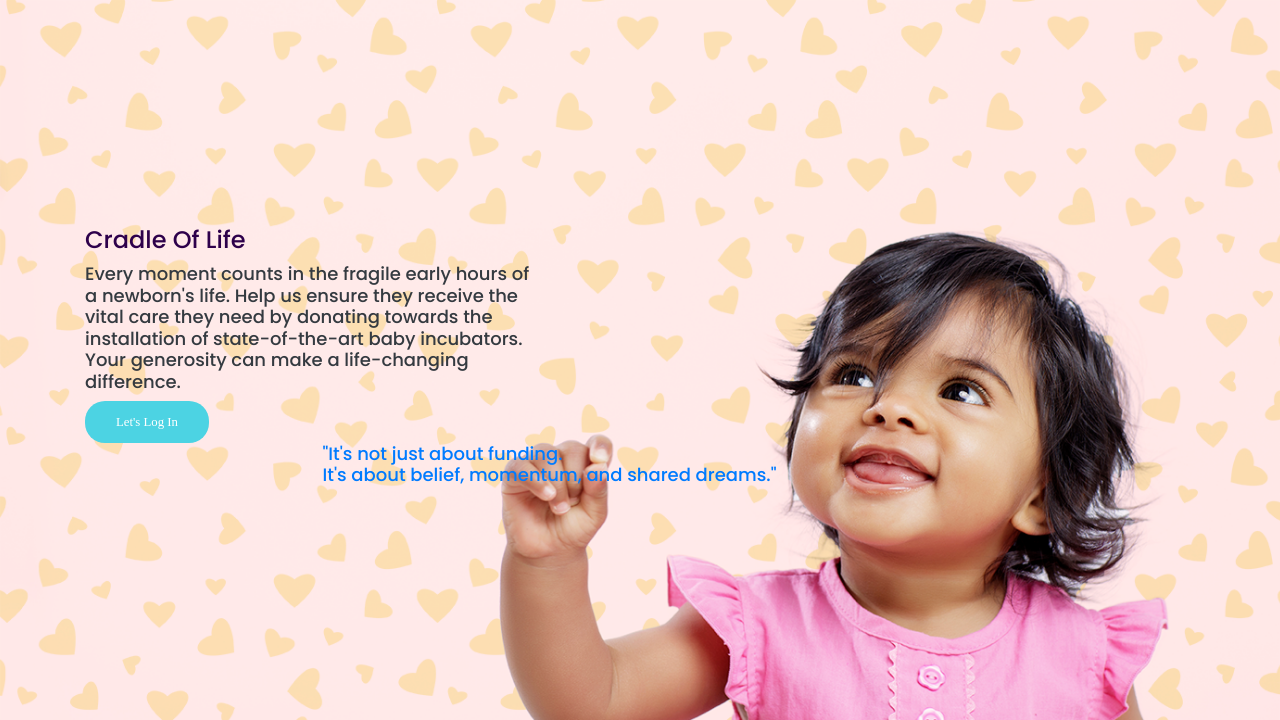
Repository: Adu065/Cradle-of-Life
Page: http://localhost/CradleOfLife/pages/login.jsp
The author's editor kept a copy of each file at every save. The page is drawn from the files as they stood at one save, then again after the next save.
The browser window is 1280 px wide. The pictures show the whole page.
Some web fonts or font styles are not loaded; a fallback is used. The page is served by Tomcat 9. Other server files are loaded and not shown.

Above is the page before, as saved 2023-08-24 13:58:58.

### CradleOfLife/WebContent/pages/login.jsp
<%@page import="com.helper.UserModel"%>
<%@ page language="java" contentType="text/html; charset=ISO-8859-1"
	pageEncoding="ISO-8859-1"%>
<!DOCTYPE html PUBLIC "-//W3C//DTD HTML 4.01 Transitional//EN" "http://www.w3.org/TR/html4/loose.dtd">
<html>
<head>
<%@include file="../tiles/inc.jsp"%>
</head>
<body>

	<%
		UserModel um = null;
		String role = "", name = "", uid = "";
		boolean isUser = false;
		boolean isAdmin = false;
		boolean isNGO = false;
		if (session.getAttribute("USER_MODEL") != null) {
			um = (UserModel) session.getAttribute("USER_MODEL");
			if (um.getRoleid().equalsIgnoreCase("2")) { // user
				role = "User";
				uid = um.getUserid();
				isUser = true;
			} else if (um.getRoleid().equalsIgnoreCase("1")) {
				role = "NGO";
				uid = um.getUserid();
				isNGO = true;
			} else if (um.getRoleid().equalsIgnoreCase("3")) {
				role = "Administrator";
				uid = um.getUserid();
				isAdmin = true;
			}

		}
	%>
	<div class="slider_area ">
		<div
			class="single_slider d-flex align-items-center justify-content-center slider_bg_1">
			<div class="container">
				<div class="row">
					<div class="col-xl-5 col-lg-6">
						<div class="single_about_info">
							<h3>
								Cradle Of Life
							</h3>
							<h4 class="text-dark">Every moment counts in the fragile early hours of a
								newborn's life. Help us ensure they receive the vital care they
								need by donating towards the installation of state-of-the-art
								baby incubators. Your generosity can make a life-changing
								difference.</h4>
								<a href="#form_login"
								class="login popup-with-form genric-btn success circle ">Let's
								Log In</a>
						</div>
					</div>
				</div>
				<div class="row align-items-center justify-content-center">
					<div class="col-xl-7 col-md-7">
						<div class="slider_info">


							<h4 class="text-primary ">
								"It's not just about funding. </br>It's about belief, momentum, and
								shared dreams."
							</h4>



						</div>
					</div>

					<!-- Sign in-->
					<form id="form_login" class="white-popup-block mfp-hide"
						action="javascript:fnSubmit();">
						<div class="popup_box ">
							<div class="popup_inner">
								<div class="logo text-center">
									<a href="#"> <img
										src="<%=request.getContextPath()%>/theme/img/logo.png" alt="">
									</a>
								</div>
								<h3>Sign in</h3>

								<div class="row">
									<div class="col-xl-12 col-md-12">
										<input type="text" name="username" id="username"
											placeholder="User Name">
									</div>
									<div class="col-xl-12 col-md-12">
										<input type="password" name="password" id="password"
											placeholder="Password">
									</div>
									<div class="col-xl-12">
										<button type="submit" class="boxed_btn_orange">Sign
											in</button>
									</div>
								</div>

								<p class="dont-hav-acc">
									Not Register? <a class="dont-hav-acc" href="#reg_form">Sign
										Up</a>
								</p>
							</div>
						</div>
					</form>
					<!-- form itself end -->

					<!--Registration form -->
					<form id="reg_form" class="white-popup-block mfp-hide"
						action="javascript:fnReg();">
						<div class="col-xl-12 col-md-12">
							<div class="popup_box">
								<div class="popup_inner">
									<h3>Registration</h3>

									<!-- Role Selection -->
									<div class="row">
										<div class="col-xl-12 col-md-12 mb-4">
											<h4 class="text-dark">Who are you?:</h4>
											<select id="roleid" name="roleid" onchange="fnData();">
												<option value="0">Select Role</option>
												<option value="1">NGO</option>
												<option value="2">Donator</option>
												<option value="3">Admin</option>
											</select>
										</div>
									</div>

									<!-- NGO Form Fields -->
									<div id="NGOForm" style="display: none;">
										<div class="col-xl-12 col-md-12">
											<input type="text" name="ngo" id="ngo"
												placeholder="Enter NGO Name">
										</div>
									</div>

									<!-- Common Fields for all roles -->

									<div class="col-xl-12 col-md-12">
										<input type="email" name="email" id="email"
											placeholder="Enter Email">
									</div>
									<div class="col-xl-12 col-md-12">
										<input type="text" name="address" id="address"
											placeholder="Enter Address">
									</div>
									<div class="col-xl-12 col-md-12">
										<input type="text" name="phoneno" id="phoneno"
											pattern="[0-9]{10}" title="Accepted 10 Digit Only"
											placeholder="Mobile Number" required="required">
									</div>
									<!-- User Form Fields -->
									<div id="UserForm" style="display: none;">
										<div class="col-xl-12 col-md-12">
											<input type="text" name="fname" id="fname"
												placeholder="Enter First Name">
										</div>
										<div class="col-xl-12 col-md-12">
											<input type="text" name="lname" id="lname"
												placeholder="Enter Last Name">
										</div>
										<div class="col-xl-12 col-md-12">
											<input type="text" name="pancardno" id="pancardno"
												pattern="^[A-Z]{5}\d{4}[A-Z]{1}$"
												title="Accepted 10 Digit Only"
												placeholder="Enter PAN card No.">
										</div>
									</div>

									<!-- Admin Form Fields -->
									<div id="AdminForm" style="display: none;">
										<div class="col-xl-12 col-md-12">
											<input type="text" name="name" id="adminname"
												placeholder="Enter Name">
										</div>
									</div>

									<!-- Common Fields for username and password -->
									<div class="col-xl-12 col-md-12">
										<input type="text" name="username" id="username"
											placeholder="Enter Username">
									</div>
									<div class="col-xl-12 col-md-12">
										<input type="password" name="password" id="password"
											placeholder="Password">
									</div>
									<div class="col-xl-12 col-md-12">
										<input type="password" name="cpassword" id="cpassword"
											placeholder="Confirm password"> <span
											class="font-weight-bold text-center" id='message'></span>
									</div>
									<div class="col-xl-12 d-flex justify-content-center">
										<button type="submit" class="boxed_btn_orange">Sign
											Up</button>
									</div>
								</div>
							</div>
						</div>
					</form>

					<!-- form itself end -->

				</div>
			</div>
		</div>
	</div>
	<%@include file="../tiles/footer_inc.jsp"%>
</body>
<script type="text/javascript">
$('#password, #cpassword').on('keyup', function () {
	  if ($('#password').val() == $('#cpassword').val()) {
	    $('#message').html('Matching').css('color', 'cyan');
	  } else
	    $('#message').html('Not Matching').css('color', 'red');
	});
	</script>
<script type="text/javascript">
function fnData() {
    var selectedRole = document.getElementById("roleid").value;

    // Hide all form sections by default
    document.getElementById("NGOForm").style.display = "none";
    document.getElementById("UserForm").style.display = "none";
    document.getElementById("AdminForm").style.display = "none";

    // Display appropriate form sections based on the selected role
    if (selectedRole == "1") { // NGO
        document.getElementById("NGOForm").style.display = "block";
    } else if (selectedRole == "2") { // Donator/User
        document.getElementById("UserForm").style.display = "block";
    } else if (selectedRole == "3") { // Admin
        document.getElementById("AdminForm").style.display = "block";
    }
}

function fnSubmit(){
	var str = $("#form_login" ).serialize();
	//alert(str);
	$.post("<%=request.getContextPath()%>/tiles/ajax.jsp?methodId=checkLogin",str, function(data) {

		                    data = $.trim(data);
								if (data==1) {
<%-- 									if(<%=um.getRoleid()%>=="1"){ --%>
                               window.location.href = "<%=request.getContextPath()%>/pages/index.jsp";
<%-- 									}if(<%=um.getRoleid()%>=="2"){ --%>
<%-- 										WINDOW.LOCATION.HREF="<%=REQUEST.GETCONTEXTPATH()%>/PAGES/ADDSTATION.JSP";     --%>
								//	}


							}else {
								alert("Please Enter Valid Credentials");
							}
							$('#form_login')[0].reset();
						});
}


	//registration form
	function fnReg(){
	var str = $("#reg_form").serialize();
// 	alert(str);
	$.post("<%=request.getContextPath()%>/tiles/ajax.jsp?methodId=registerNewUser",
						str, function(data) {
							data = $.trim(data);
							if (data==1) {

								window.location.href="<%=request.getContextPath()%>/pages/login.jsp";
							} else {
								alert("Error");
							}
							$('#reg_form')[0].reset();
						});
	}
</script>
</html>

### CradleOfLife/WebContent/tiles/inc.jsp
    <meta charset="utf-8">
    <meta http-equiv="x-ua-compatible" content="ie=edge">
    <title>Cradle of Life</title>
    <meta name="description" content="">
    <meta name="viewport" content="width=device-width, initial-scale=1">

    <!-- <link rel="manifest" href="site.webmanifest"> -->
    <link rel="shortcut icon" type="image/x-icon" href="<%=request.getContextPath()%>/theme/img/favicon.png">
    <!-- Place favicon.ico in the root directory -->

    <!-- CSS here -->
    <link rel="stylesheet" href="<%=request.getContextPath()%>/theme/css/bootstrap.css">
    <link rel="stylesheet" href="<%=request.getContextPath()%>/theme/css/owl.carousel.min.css">
    <link rel="stylesheet" href="<%=request.getContextPath()%>/theme/css/magnific-popup.css">
    <link rel="stylesheet" href="<%=request.getContextPath()%>/theme/css/font-awesome.min.css">
    <link rel="stylesheet" href="<%=request.getContextPath()%>/theme/css/themify-icons.css">
    <link rel="stylesheet" href="<%=request.getContextPath()%>/theme/css/nice-select.css">
    <link rel="stylesheet" href="<%=request.getContextPath()%>/theme/css/flaticon.css">
    <link rel="stylesheet" href="<%=request.getContextPath()%>/theme/css/gijgo.css">
    <link rel="stylesheet" href="<%=request.getContextPath()%>/theme/css/animate.css">
    <link rel="stylesheet" href="<%=request.getContextPath()%>/theme/css/slicknav.css">
    <link rel="stylesheet" href="<%=request.getContextPath()%>/theme/css/style.css">
<%--     <link rel="stylesheet" href="<%=request.getContextPath()%>/theme/css/allicons.css"> --%>
    <link rel="stylesheet" href="https://cdnjs.cloudflare.com/ajax/libs/font-awesome/5.15.1/css/all.min.css">

### CradleOfLife/WebContent/tiles/footer_inc.jsp

<!-- JS here -->
<script
	src="<%=request.getContextPath()%>/theme/js/vendor/modernizr-3.5.0.min.js"></script>
<script
	src="<%=request.getContextPath()%>/theme/js/vendor/jquery-1.12.4.min.js"></script>
<script src="<%=request.getContextPath()%>/theme/js/popper.min.js"></script>
<script src="<%=request.getContextPath()%>/theme/js/bootstrap.min.js"></script>
<script src="<%=request.getContextPath()%>/theme/js/owl.carousel.min.js"></script>
<script src="<%=request.getContextPath()%>/theme/js/isotope.pkgd.min.js"></script>
<script src="<%=request.getContextPath()%>/theme/js/ajax-form.js"></script>
<script src="<%=request.getContextPath()%>/theme/js/waypoints.min.js"></script>
<script
	src="<%=request.getContextPath()%>/theme/js/jquery.counterup.min.js"></script>
<script
	src="<%=request.getContextPath()%>/theme/js/imagesloaded.pkgd.min.js"></script>
<script src="<%=request.getContextPath()%>/theme/js/scrollIt.js"></script>
<script
	src="<%=request.getContextPath()%>/theme/js/jquery.scrollUp.min.js"></script>
<script src="<%=request.getContextPath()%>/theme/js/wow.min.js"></script>
<script src="<%=request.getContextPath()%>/theme/js/nice-select.min.js"></script>
<script
	src="<%=request.getContextPath()%>/theme/js/jquery.slicknav.min.js"></script>
<script
	src="<%=request.getContextPath()%>/theme/js/jquery.magnific-popup.min.js"></script>
<script src="<%=request.getContextPath()%>/theme/js/plugins.js"></script>
<script src="<%=request.getContextPath()%>/theme/js/gijgo.min.js"></script>

<!--contact js-->
<script src="<%=request.getContextPath()%>/theme/js/contact.js"></script>
<script
	src="<%=request.getContextPath()%>/theme/js/jquery.ajaxchimp.min.js"></script>
<script src="<%=request.getContextPath()%>/theme/js/jquery.form.js"></script>
<script
	src="<%=request.getContextPath()%>/theme/js/jquery.validate.min.js"></script>
<script src="<%=request.getContextPath()%>/theme/js/mail-script.js"></script>
<script src="<%=request.getContextPath()%>/theme/js/main.js"></script>

Loaded but not shown: CradleOfLife/WebContent/theme/css/bootstrap.css (library); CradleOfLife/WebContent/theme/css/owl.carousel.min.css (common file); CradleOfLife/WebContent/theme/css/magnific-popup.css (library); CradleOfLife/WebContent/theme/css/font-awesome.min.css (library); CradleOfLife/WebContent/theme/css/themify-icons.css (common file); CradleOfLife/WebContent/theme/css/nice-select.css (common file); CradleOfLife/WebContent/theme/css/flaticon.css (common file); CradleOfLife/WebContent/theme/css/animate.css (library); CradleOfLife/WebContent/theme/css/slicknav.css (common file); CradleOfLife/WebContent/theme/css/style.css (library); CradleOfLife/WebContent/theme/js/popper.min.js (library); CradleOfLife/WebContent/theme/js/bootstrap.min.js (library); CradleOfLife/WebContent/theme/js/owl.carousel.min.js (library); CradleOfLife/WebContent/theme/js/isotope.pkgd.min.js (library); CradleOfLife/WebContent/theme/js/waypoints.min.js (library); CradleOfLife/WebContent/theme/js/jquery.counterup.min.js (common file); CradleOfLife/WebContent/theme/js/imagesloaded.pkgd.min.js (library); CradleOfLife/WebContent/theme/js/jquery.scrollUp.min.js (common file); CradleOfLife/WebContent/theme/js/wow.min.js (library); CradleOfLife/WebContent/theme/js/nice-select.min.js (common file); CradleOfLife/WebContent/theme/js/jquery.slicknav.min.js (library); CradleOfLife/WebContent/theme/js/jquery.magnific-popup.min.js (library); CradleOfLife/WebContent/theme/js/gijgo.min.js (library); CradleOfLife/WebContent/theme/js/jquery.ajaxchimp.min.js (library); CradleOfLife/WebContent/theme/js/jquery.form.js (library); CradleOfLife/WebContent/theme/js/jquery.validate.min.js (library); CradleOfLife/WebContent/theme/js/main.js (317 lines, source omitted); CradleOfLife/WebContent/theme/js/scrollIt.js (129 lines, source omitted); CradleOfLife/WebContent/theme/js/contact.js (85 lines, source omitted); CradleOfLife/WebContent/theme/js/mail-script.js (31 lines, source omitted); CradleOfLife/WebContent/theme/js/ajax-form.js (48 lines, source omitted); CradleOfLife/WebContent/theme/js/plugins.js (24 lines, source omitted); CradleOfLife/WebContent/theme/css/gijgo.css (2704 lines, source omitted)

After the next save:
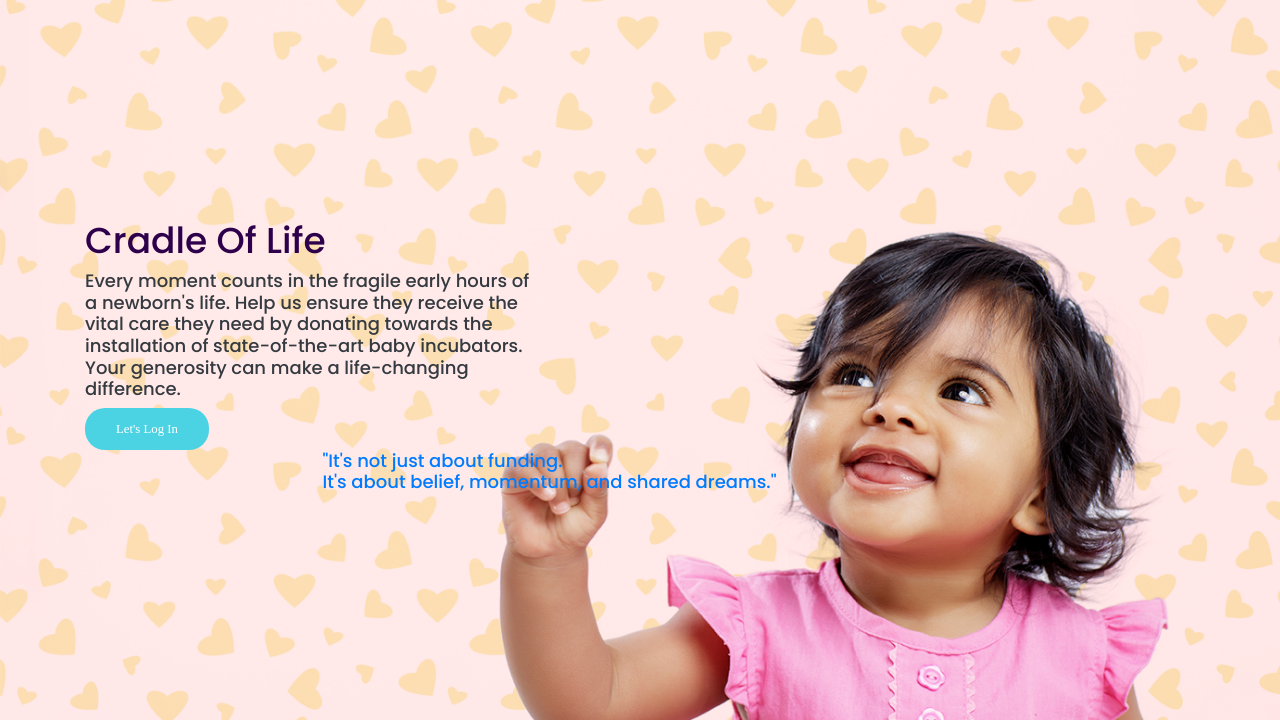
Saved 22 s later.
--- a/CradleOfLife/WebContent/pages/login.jsp
+++ b/CradleOfLife/WebContent/pages/login.jsp
@@ -39,9 +39,9 @@
 				<div class="row">
 					<div class="col-xl-5 col-lg-6">
 						<div class="single_about_info">
-							<h3>
+							<h1>
 								Cradle Of Life
-							</h3>
+							</h1>
 							<h4 class="text-dark">Every moment counts in the fragile early hours of a
 								newborn's life. Help us ensure they receive the vital care they
 								need by donating towards the installation of state-of-the-art
